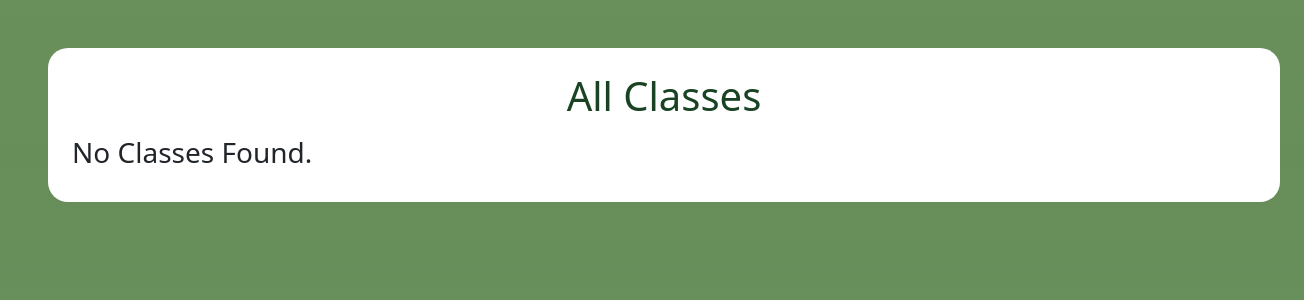
Repository: ronetteguevara/CalTech-ZumbaApp
Page: http://localhost/ZumbaApp/ViewClasses.jsp
An editor plug-in stored every save of this project. The page is shown before and after the next save, followed by the edit.
The browser window is 1280 px wide. The page is 1304 px wide, then 1280 px, so the pictures cover 1304 px, including what lies to the right of the window. The pictures show the whole page.
The page is served by Tomcat 10. Queries for data that is not in the repository find no rows.

Above is the page before, as saved 2024-05-03 02:00:06.

After the next save:
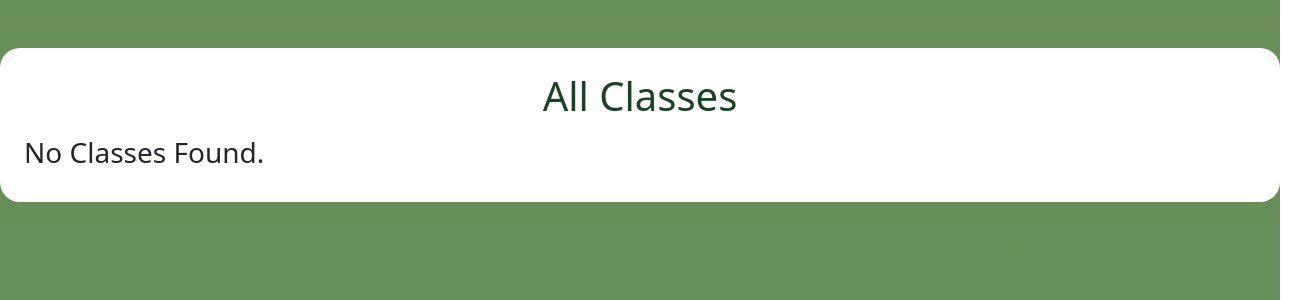
Saved 2 min 15 s later.
--- a/ZumbaApp/ZumbaApp/src/main/webapp/ViewClasses.jsp
+++ b/ZumbaApp/ZumbaApp/src/main/webapp/ViewClasses.jsp
@@ -8,8 +8,8 @@
 </head>
 <body class="gradient-background justify-content-center">
 
-        <div class="my-4 mx-4 d-flex justify-content-center col-xl-12 col-lg-12 col-md-12 col-sm-12 col-12">
-        <div class="container-fluid mx-4 my-4 px-4 py-4 justify-content-center" style="background-color: white; border-radius: 20px;">
+        <div class="my-4 d-flex justify-content-center col-xl-12 col-lg-12 col-md-12 col-sm-12 col-12">
+        <div class="container-fluid my-4 px-4 py-4 justify-content-center" style="background-color: white; border-radius: 20px;">
         <h1 class="mb-3" style="text-align: center;">All Classes</h1>
 
         <%
